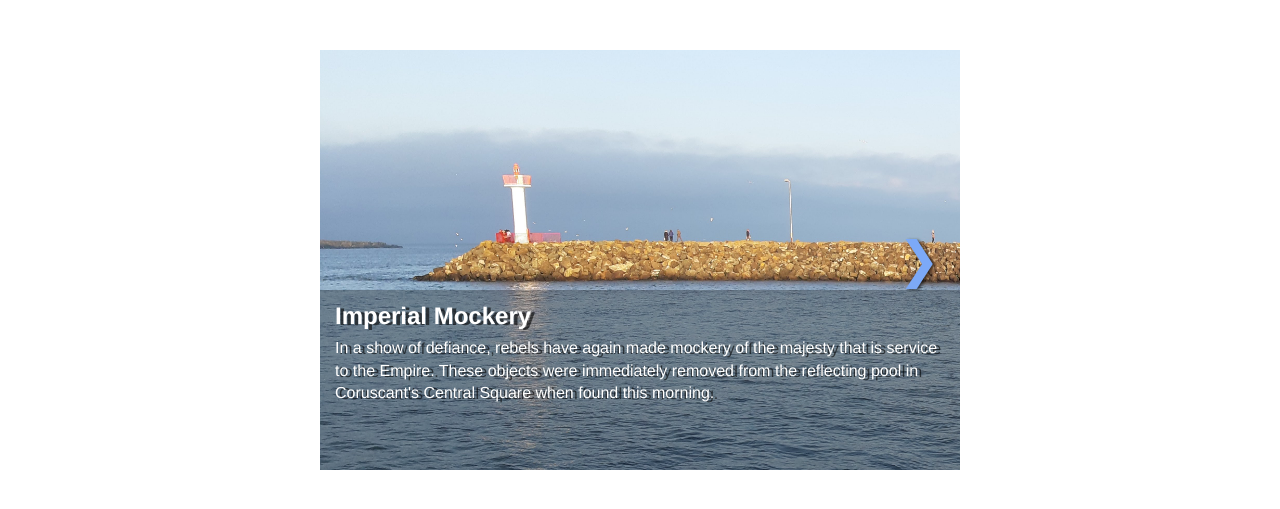
Repository: fmallett/HappyOut
Page: / (app in PhotoSlider/)
The author's editor kept a copy of each file at every save. The page is drawn from the files as they stood at one save, then again after the next save.
The browser window is 1280 px wide. The pictures show the whole page.
The project was rebuilt for these pictures with package versions that can differ from the ones it lists, and the page was loaded fresh each time. Also part of the build but not shown: PhotoSlider/webpack.config.js.

Above is the page before, as saved 2019-11-22 11:36:01.

### PhotoSlider/index.html
<!doctype html>
<html>
  <head>
    <title>Happy Out</title>
  </head>
  <body>
    <div id="app"></div>
    <script src="/static/bundle.js"></script>
  </body>
</html>

### PhotoSlider/src/index.js
import React from 'react'
import ReactDOM from 'react-dom'

import HappyOut from './app.js'

ReactDOM.render(<HappyOut/>, document.getElementById('app'))

### PhotoSlider/src/app.js
import React from 'react'

import Carousel from './carousel.js'
import Frame from './frame.js'
import Nav from './nav.js'
import Slide from './slide.js'

import configStyles from './config-styles.js'

export default class DriftApp extends React.Component {
  constructor(props) {
    super(props)
    this.handleClickPrevious = this.handleClickPrevious.bind(this)
    this.handleClickNext = this.handleClickNext.bind(this)
    this.state = {
      showIndex: 0,
      numSlides: 5
    }
  }
  handleClickPrevious() {
    this.setState({
      showIndex: Math.max(this.state.showIndex - 1, 0)
    })
  }
  handleClickNext() {
    this.setState({
      showIndex: Math.min(this.state.showIndex + 1, this.state.numSlides - 1)
    })
  }
  renderNav() {
    return (
      <Nav
        onPrevious={this.handleClickPrevious}
        hasPrevious={this.state.showIndex > 0}
        onNext={this.handleClickNext}
        hasNext={this.state.showIndex < this.state.numSlides - 1}
      />
    )
  }
  render() {
    return (
      <Frame>
        <Carousel
          showIndex={this.state.showIndex}
          nav={this.renderNav()}
          width={configStyles.imageWidth}
        >
          <Slide image={require('./images/1.jpg')} title="Imperial Mockery">
            In a show of defiance, rebels have again made mockery of the majesty
            that is service to the Empire. These objects were immediately
            removed from the reflecting pool in Coruscant's Central Square when
            found this morning.
          </Slide>
          <Slide image={require('./images/2.jpg')} title="Trooper Initiation">
            In a tradition that predates the Empire, Troopers seen here are made
            to suffer the agony of the limbo line. Such initiation techniques
            are currently under Imperial review.
          </Slide>
          <Slide
            image={require('./images/3.jpg')}
            title="Master and Apprentice"
          >
            Internships work! When determining a career path, it is wise to
            first find someone currently in that line of work. They will likely
            be able to show you what it's really like before you commit your
            future.
          </Slide>
          <Slide image={require('./images/4.jpg')} title="Battle of Coruscant">
            Modelers ran out of the pre-Empire model Star Destroyers in this
            reenactment of the Battle of Coruscant. Various plans for future
            machines of war were used as filler.
          </Slide>
          <Slide
            image={require('./images/5.jpg')}
            title="The Wiles of the Forest"
          >
            After a number of nervous breakdowns, Empire personnel officers are
            investigating the possibility rotating troopers stationed on the
            forest moons of Endor after several rotations.
          </Slide>
        </Carousel>
      </Frame>
    )
  }
}

### PhotoSlider/src/carousel.js
import PropTypes from 'prop-types'
import React from 'react'

import styles from './carousel-styles.js'

function renderSlides(props) {
  return React.Children.map(props.children, (slide, i) => {
    return React.cloneElement(slide, {
      style: {
        ...slide.props.style,
        width: props.width,
        left: props.width * (i - props.showIndex)
      }
    })
  })
}

function Carousel(props) {
  return (
    <div style={styles.root}>
      {renderSlides(props)}
      {props.nav}
    </div>
  )
}

Carousel.propTypes = {
  nav: PropTypes.node.isRequired,
  showIndex: PropTypes.number,
  width: PropTypes.number
}

export default Carousel

### PhotoSlider/src/frame.js
import React from 'react'

import styles from './frame-styles.js'

export default function Frame({ children }) {
  return <div style={styles.root}>{children}</div>
}

### PhotoSlider/src/nav.js
import PropTypes from 'prop-types'
import React from 'react'

import styles from './nav-styles.js'

function getPrevStyles(props) {
  return props.hasPrevious ? styles.prev : styles.prevHidden
}

function getNextStyles(props) {
  return props.hasNext ? styles.next : styles.nextHidden
}

function Nav(props) {
  return (
    <div style={styles.root}>
      <button style={getPrevStyles(props)} onClick={props.onPrevious}>
        &#10094;
      </button>
      <button style={getNextStyles(props)} onClick={props.onNext}>
        &#10095;
      </button>
    </div>
  )
}

Nav.propTypes = {
  onPrevious: PropTypes.func.isRequired,
  onNext: PropTypes.func.isRequired,
  hasPrevious: PropTypes.bool,
  hasNext: PropTypes.bool
}

export default Nav

### PhotoSlider/src/slide.js
import PropTypes from 'prop-types'
import React from 'react'

import styles from './slide-styles.js'

function Slide(props) {
  return (
    <article style={{ ...styles.root, ...props.style}}>
      <img src={props.image} alt={props.title} style={styles.imageStyle} />
      <footer style={styles.footer}>
        <h2 style={styles.title}>{props.title}</h2>
        <div>{props.children}</div>
      </footer>
    </article>
  )
}

Slide.propTypes = {
  image: PropTypes.string.isRequired,
  style: PropTypes.object,
  title: PropTypes.string
}

export default Slide

### PhotoSlider/src/config-styles.js
export default {
  imageWidth: 640,
  imageHeight: 420
}

### PhotoSlider/src/carousel-styles.js
import config from './config-styles.js'

export default {
  root: {
    position: 'relative',
    overflow: 'hidden',
    height: config.imageHeight
  }
}

### PhotoSlider/src/frame-styles.js
import config from './config-styles'

export default {
  root: {
    maxWidth: '100%',
    width: config.imageWidth,
    margin: '50px auto'
  }
}

### PhotoSlider/src/nav-styles.js
import config from './config-styles.js'

const btn = {
  flex: 1,
  height: config.imageHeight,
  padding: 20,
  fontSize: 50,
  background: 'transparent',
  color: '#7ca9f7', //'#3ab6f0',
  textShadow: '2px 1px 3px rgba(0, 0, 0, .6)',
  border: 'none',
  outline: 0,
  cursor: 'pointer',
  userSelect: 'none'
}

const prev = {
  ...btn,
  textAlign: 'left'
}

const next = {
  ...btn,
  textAlign: 'right'
}

const hidden = {
  visibility: 'hidden'
}

export default {
  root: {
    position: 'absolute',
    top: 0,
    left: 0,
    width: '100%',
    display: 'flex'
  },
  prev,
  prevHidden: {
    ...prev,
    ...hidden
  },
  next,
  nextHidden: {
    ...next,
    ...hidden
  }
}

### PhotoSlider/src/slide-styles.js
import config from './config-styles.js'

const footerHeight = 180

export default {
  root: {
    position: 'absolute',
    top: 0,
    transition: 'all .6s'
  },
  footer: {
    position: 'absolute',
    top: config.imageHeight - footerHeight,
    left: 0,
    width: '100%',
    height: footerHeight,
    padding: 15,
    background: 'rgba(0,0,0,.3)',
    color: '#fff',
    textShadow: '4px 1px 0 rgba(0, 0, 0, .6)',
    fontFamily: '"Helvetica Neue", Helvetica, Aria, sans-serif',
    fontSize: 16,
    lineHeight: '1.4em',
    boxSizing: 'border-box'
  },
  title: {
    margin: '0 0 10px 0'
  },
  imageStyle: {
    zoom: '26%'
  }
}

After the next save:
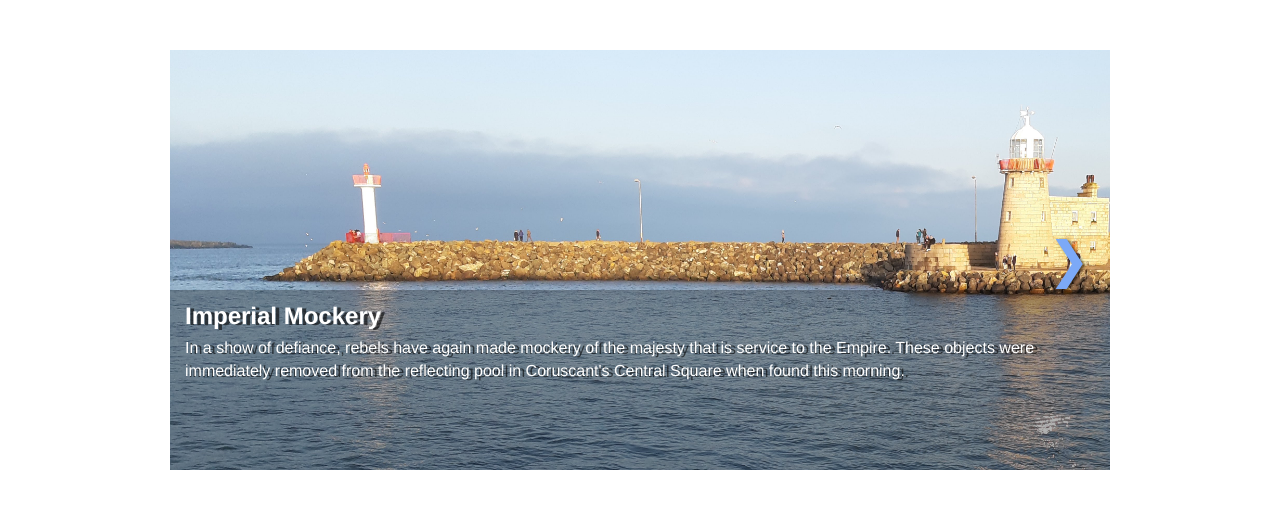
Saved 7 days later.
--- a/PhotoSlider/src/config-styles.js
+++ b/PhotoSlider/src/config-styles.js
@@ -1,4 +1,4 @@
 export default {
-  imageWidth: 640,
+  imageWidth: 940,
   imageHeight: 420
 }

After the save that followed:
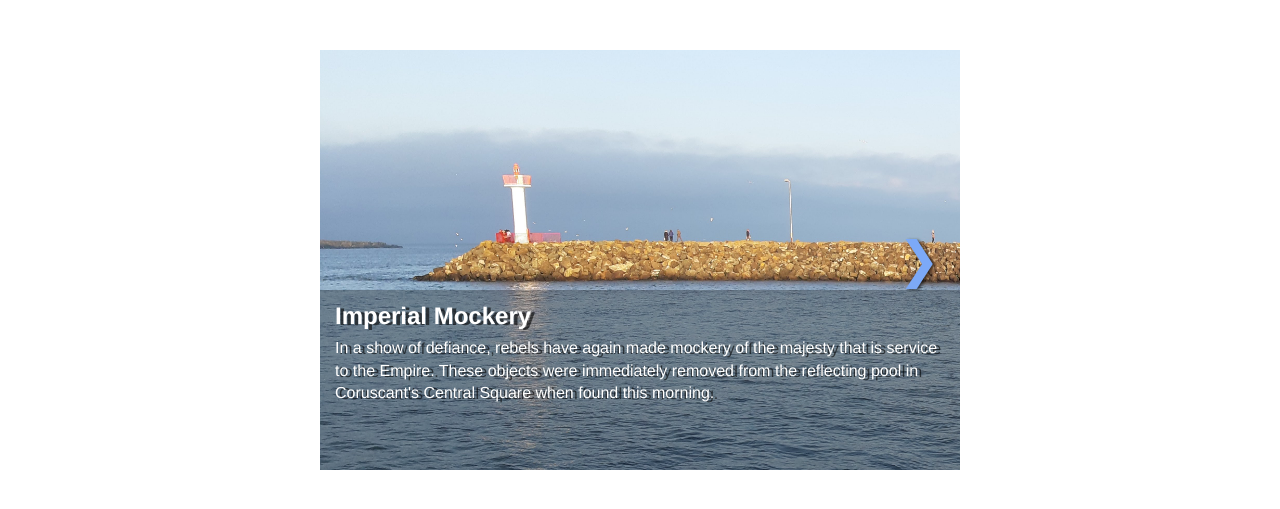
Saved 5 s later.
--- a/PhotoSlider/src/config-styles.js
+++ b/PhotoSlider/src/config-styles.js
@@ -1,4 +1,4 @@
 export default {
-  imageWidth: 940,
+  imageWidth: 640,
   imageHeight: 420
 }
